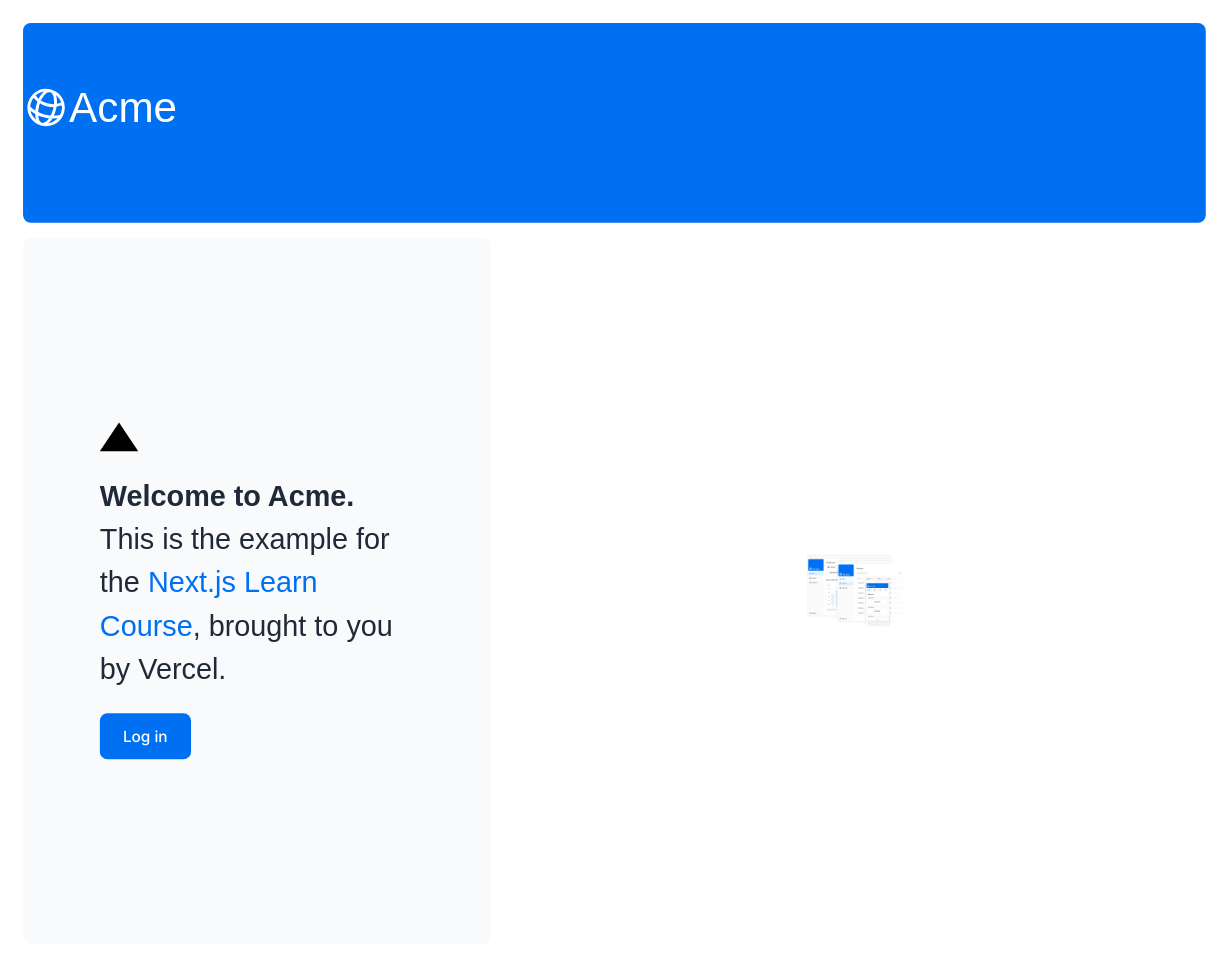
Repository: limaneto/invoices
Page: /
The author's editor kept a copy of each file at every save. The page is drawn from the files as they stood at one save, then again after the next save.
The browser window is 1280 px wide. The pictures show the whole page, at 96% of full size.
Some web fonts or font styles are not loaded; a fallback is used. The project was rebuilt for these pictures with package versions that can differ from the ones it lists, and the page was loaded fresh each time. The framework's server and built-in components were replaced by stand-ins that run in the browser. Also part of the build but not shown: next.config.js.

Above is the page before, as saved 2023-11-02 15:36:09.

### app/layout.tsx
import "@/app/ui/global.css";
import { inter } from './ui/fonts';

export default function RootLayout({
  children,
}: {
  children: React.ReactNode;
}) {
  return (
    <html lang="en">
      <body className={`${inter.className} antialiased`}>{children}</body>
    </html>
  );
}

### app/page.tsx
import AcmeLogo from '@/app/ui/acme-logo';
import { lusitana } from './ui/fonts';
import Image from 'next/image';

import Link from 'next/link';
export default function Page() {
  return (
    <main className="flex min-h-screen flex-col p-6">
      <div className="flex h-20 shrink-0 items-end rounded-lg bg-blue-500 py-24 md:h-52">
        <AcmeLogo />
      </div>
      <div className="mt-4 flex grow flex-col gap-4 md:flex-row">
        <div className="flex flex-col justify-center gap-6 rounded-lg bg-gray-50 px-6 py-48 md:w-2/5 md:px-20">
        <div
  className="h-0 w-0 border-b-[30px] border-l-[20px] border-r-[20px] border-b-black border-l-transparent border-r-transparent"
/>
          <p className={`${lusitana.className} text-xl text-gray-800 md:text-3xl md:leading-normal`}>
            <strong>Welcome to Acme.</strong> This is the example for the{' '}
            <a href="https://nextjs.org/learn/" className="text-blue-500">
              Next.js Learn Course
            </a>
            , brought to you by Vercel.
          </p>
          <Link
            href="/login"
            className="flex items-center gap-5 self-start rounded-lg bg-blue-500 px-6 py-3 text-sm font-medium text-white transition-colors hover:bg-blue-400 md:text-base"
          >
            <span>Log in</span>
          </Link>
        </div>
        <div className="flex items-center justify-center p-6 md:w-3/5 md:px-28 md:py-12">
          <Image
            src="/hero-desktop.png"
            width={100}
            height={100}
            className="hidden md:block"
            alt="Screenshots of the dashboard project showing desktop and mobile versions"
          />
          <Image
            src="/hero-mobile.png"
            width={100}
            height={100}
            className={'block md:hidden'}
            alt="Screenshots of the dashboard project showing desktop and mobile versions"
          />
        </div>
      </div>
    </main>
  );
}

### app/ui/fonts.ts
import { Inter, Lusitana } from 'next/font/google';

export const inter = Inter({ subsets: ['latin'] });
export const lusitana = Lusitana({
  weight: ['400', '700'],
  subsets: ['latin']
})

Loaded but not shown: app/ui/global.css (common file); app/ui/acme-logo.tsx (common file); tailwind.config.ts (common file)

After the next save:
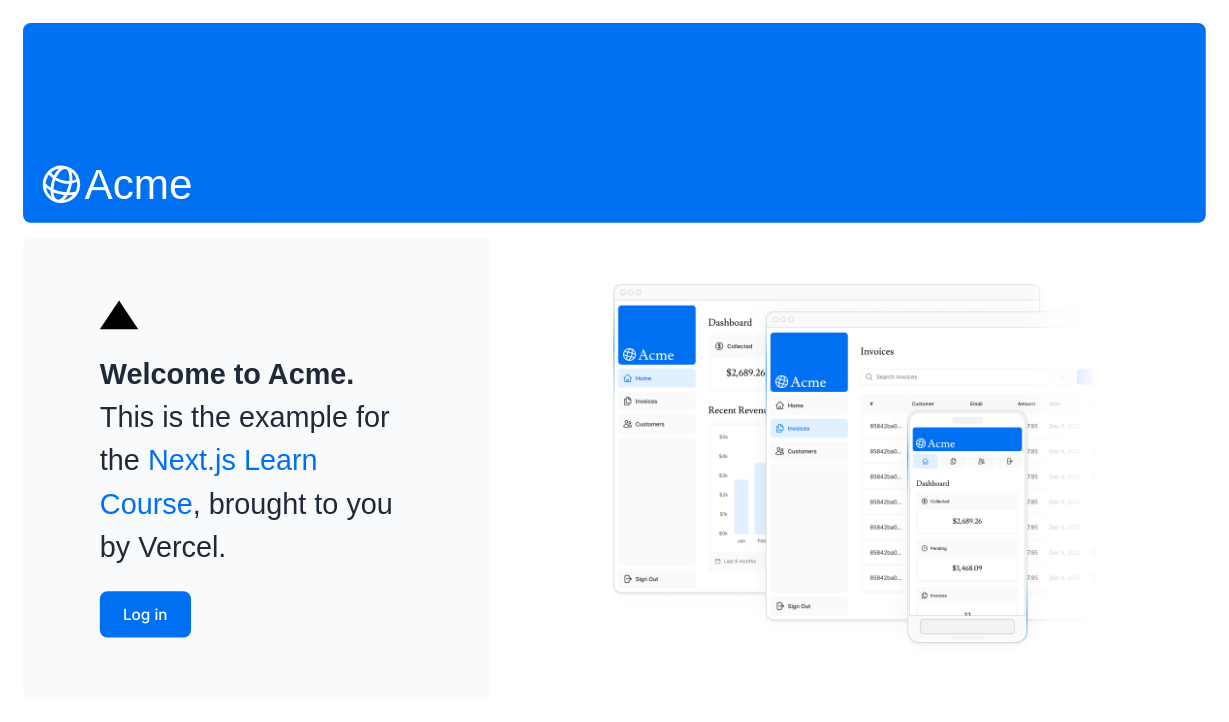
Saved 33 s later.
--- a/app/page.tsx
+++ b/app/page.tsx
@@ -6,11 +6,11 @@
 export default function Page() {
   return (
     <main className="flex min-h-screen flex-col p-6">
-      <div className="flex h-20 shrink-0 items-end rounded-lg bg-blue-500 py-24 md:h-52">
+      <div className="flex h-20 shrink-0 items-end rounded-lg bg-blue-500 p-4 md:h-52">
         <AcmeLogo />
       </div>
       <div className="mt-4 flex grow flex-col gap-4 md:flex-row">
-        <div className="flex flex-col justify-center gap-6 rounded-lg bg-gray-50 px-6 py-48 md:w-2/5 md:px-20">
+        <div className="flex flex-col justify-center gap-6 rounded-lg bg-gray-50 px-6 py-10 md:w-2/5 md:px-20">
         <div
   className="h-0 w-0 border-b-[30px] border-l-[20px] border-r-[20px] border-b-black border-l-transparent border-r-transparent"
 />
@@ -31,15 +31,15 @@
         <div className="flex items-center justify-center p-6 md:w-3/5 md:px-28 md:py-12">
           <Image
             src="/hero-desktop.png"
-            width={100}
-            height={100}
+            width={1000}
+            height={760}
             className="hidden md:block"
             alt="Screenshots of the dashboard project showing desktop and mobile versions"
           />
           <Image
             src="/hero-mobile.png"
-            width={100}
-            height={100}
+            width={560}
+            height={620}
             className={'block md:hidden'}
             alt="Screenshots of the dashboard project showing desktop and mobile versions"
           />
